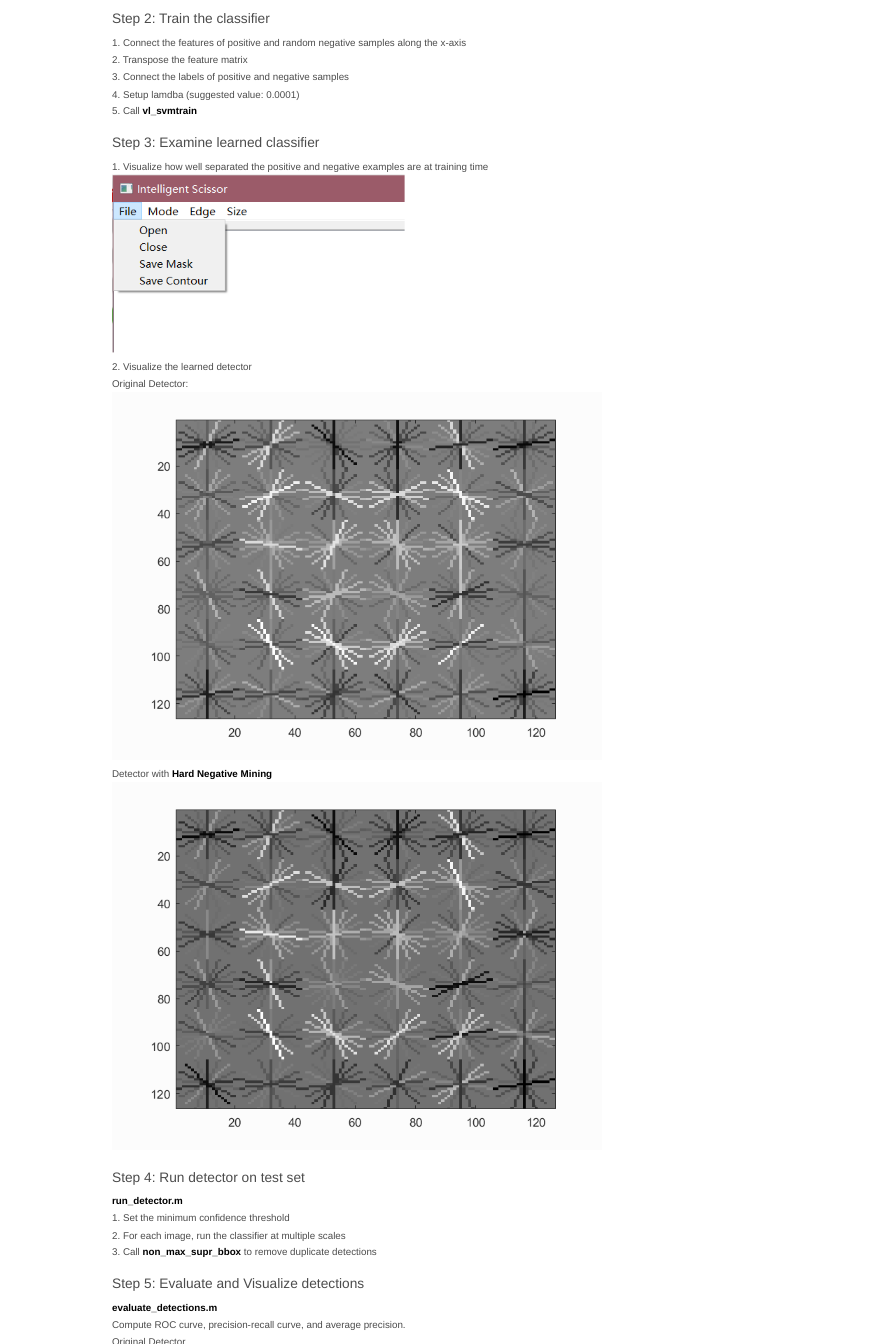
Repository: enderloong/face_detector_msbd6000C
Page: html_report/project2.html
The author's editor kept a record of every edit. The page is drawn from the files as they stood at one moment, then again after the next edit.
The browser window is 1280 px wide. The pictures show the part of the page from y = 4288 to 6208 px (the page is 9017 px tall before and 9288 px after), at 70% of full size.
Some web libraries are served in a nearby version.

Above is the page before.

### html_report/project2.html
<!DOCTYPE HTML>
<!--
	Iridium by TEMPLATED
    templated.co @templatedco
    Released for free under the Creative Commons Attribution 3.0 license (templated.co/license)
-->
<html>
	<head>
		<title>msbd6000c-face-detection</title>
		<meta http-equiv="content-type" content="text/html; charset=utf-8" />
		<meta name="description" content="" />
		<meta name="keywords" content="" />
		<link href='http://fonts.googleapis.com/css?family=Arimo:400,700' rel='stylesheet' type='text/css'>
		<!--[if lte IE 8]><script src="js/html5shiv.js"></script><![endif]-->
		<script src="http://ajax.googleapis.com/ajax/libs/jquery/1.11.0/jquery.min.js"></script>
		<script src="js/skel.min.js"></script>
		<script src="js/skel-panels.min.js"></script>
		<script src="js/init.js"></script>
		<noscript>
			<link rel="stylesheet" href="css/skel-noscript.css" />
			<link rel="stylesheet" href="css/style.css" />
			<link rel="stylesheet" href="css/style-desktop.css" />
		</noscript>
		<!--[if lte IE 8]><link rel="stylesheet" href="css/ie/v8.css" /><![endif]-->
		<!--[if lte IE 9]><link rel="stylesheet" href="css/ie/v9.css" /><![endif]-->
	</head>
	<body class="homepage">

		<!-- Header -->
		<div id="header">
			<div class="container">

				<!-- Logo -->
				<div id="logo">
					<h1><a href="#">Face Detection</a></h1>
					<span></span>
					<span>MSBD6000C Computer Vision - Project 2</span>
					<span>LI Yilong & CHEN Yuji</span>
				</div>
			</div>
		</div>

		<!-- Main -->
		<div id="main">
			<div class="container">
				<div class="row">

					<!-- Content -->
					<div id="content" class="8u skel-cell-important">
						<section>
							<header>
								<h2>Project Description</h2>
								<!--<span class="byline">Integer sit amet pede vel arcu aliquet pretium</span>-->
							</header>
							<!--<a href="#" class="image full"><img src="images/pic07.jpg" alt="" /></a>-->
							<p>This is the second project of <strong>MSBD6000C Computer Vision</strong>, you may find the introduction of it from <a href="https://home.cse.ust.hk/~cktang/msbd6000c/Password_Only/projects/faces/index.html">here</a>.</p>
							<p>In this project, we created a model that can detect human faces.</p>
							<p>Comparing with the success of face detection (and object detection in general) can be traced back to influential works such as <strong>Rowley et al. 1998</strong> and <strong>Viola-Jones 2001</strong>, we developed a simpler (but still very effective!) sliding window detector of <strong>Dalal and Triggs 2005</strong>. Dalal-Triggs focuses on representation more than learning and introduces the SIFT-like Histogram of Gradients (HoG) representation (pictured to the right). We were responsible for the detection pipeline except HoG, though -- handling heterogeneous training and testing data, training a linear classifier (a HoG template), and using our classifier to classify millions of sliding windows at multiple scales. </p>
						</section>

						<section>
							<header>
								<h2>Sample Results</h2>
							</header>
							<p>Results of original detector:</p>
								<ul>
									  <li><img src="images/proj2/ori/detections_Argentina.jpg.png" alt="" /></li>
									  <li><img src="images/proj2/ori/detections_madaboutyou.jpg.png" alt="" /></li>
								</ul>

							<p>Results of detector with <strong>Hard Negative Mining</strong>:</p>
								<ul>
									  <li><img src="images/proj2/bonus/detections_237815567.jpg.png" alt="" /></li>
									  <li><img src="images/proj2/bonus/detections_213654866.jpg.png" alt="" /></li>
								</ul>
						</section>

						<section>
							<header>
								<h2>Develop Environment</h2>
							</header>
							<p>Programming Language: MATLAB</p>
							<p>Library: VLFeat binary package</p>
							<p>OS: Windows</p>
						</section>

						<section>
							<header>
								<h2>Algorithm</h2>
								<span class="byline"><p></p>Step 1: Load cropped positive trained examples and random negative examples</span>
									<strong>get_positive_features.m</strong>
									<ul>
									  <li>1. Extract image file names</li>
									  <li>2. Load images</li>
									  <li>3. Transform images from RGB to grayscale</li>
									  <li>4. Normalization</li>
									  <li>5. Compute HOG descriptors</li>
									  <li>6. Save the HOG features</li>
									</ul>
									<strong>get_random_negative_features.m</strong>
									<ul>
									  <li>1. Compute the candidates of possible values of x_min,y_min</li>
									  <li>2. Implement the generating candidates of negative samples</li>
									  <li>3. Extract and save HOG features</li>
									</ul>

								<span class="byline"><p></p>Step 2: Train the classifier</span>
									<ul>
									  <li>1. Connect the features of positive and random negative samples along the x-axis</li>
									  <li>2. Transpose the feature matrix</li>
									  <li>3. Connect the labels of positive and negative samples</li>
									  <li>4. Setup lamdba (suggested value: 0.0001)</li>
									  <li>5. Call <strong>vl_svmtrain</strong></li>
									</ul>

								<span class="byline"><p></p>Step 3: Examine learned classifier</span>
									<ul>
									  <li>1. Visualize how well separated the positive and negative examples are at training time</li>
									  <img src="images/menu-file.png" alt="" />
									  <li>2. Visualize the learned detector</li>
									  <li>Original Detector:</li>
									  <img src="images/proj2/ori/hog_template.png" alt="" />
									  <li>Detector with <strong>Hard Negative Mining</strong></li>
									  <img src="images/proj2/bonus/hog_template.png" alt="" />
									</ul>

								<span class="byline"><p></p>Step 4: Run detector on test set</span>
									<strong>run_detector.m</strong>
									<ul>
									  <li>1. Set the minimum confidence threshold</li>
									  <li>2. For each image, run the classifier at multiple scales</li>
									  <li>3. Call <strong>non_max_supr_bbox</strong> to remove duplicate detections</li>
									</ul>

								<span class="byline"><p></p>Step 5: Evaluate and Visualize detections</span>
									<strong>evaluate_detections.m</strong>
									<ul>
									  <li>Compute ROC curve, precision-recall curve, and average precision.</li>
									  <li>Original Detector</li>
									  <li><img src="images/proj2/ori/match_fig_6.png" alt="" /></li>
									  <li><img src="images/proj2/ori/average_precision.png" alt="" /></li>
									  <li></li>
									  <li>Detector with <strong>Hard Negative Mining</strong></li>
									  <li><img src="images/proj2/bonus/average_precision.png" alt="" /></li>
									</ul>

									<strong>visualize_detections_by_image.m</strong>
									<ul>
									  <li>Visualize detections in each image.</li>
									  <li><img src="images/proj2/ori/detections_Argentina.jpg.png" alt="" /></li>
									</ul>
							</header>
						</section>

						<section>
							<header>
								<h2>Training Performance</h2>
							</header>
							<img src="images/menu-file.png" alt="" />
						</section>
					</div>

					<!-- Sidebar -->
					<div id="sidebar" class="4u">
						<section>
							<header>
								<h2>Our Feelings</h2>
							</header>
							<ul class="style">
								<li>
									<p class="posted">LI Yilong</p>
									<img src="images/liyilong.jpg" height=64 alt="" />
									<p class="text">MATLAB is amazing.</p>
								</li>
								<li>
									<p class="posted">CHEN Yuji</p>
									<img src="images/chenyuji.png" height=64 alt="" />
									<p class="text">If the classifier detects a face while I don't, I will feel nervous.</p>
								</li>
							</ul>
							<p><a href="https://github.com/enderloong/face_detector_msbd6000C/" class="button">GitHub Address</a></p>
						</section>
					</div>
				</div>
			</div>
		</div>

		<!-- Footer -->
		<!--<div id="featured">-->
		<!--	<div class="container">-->
		<!--		<div class="row">-->
		<!--			<div class="4u">-->
		<!--				<h2>Other UI Functions</h2>-->
		<!--				<a href="#" class="image full"><img src="images/pic02.jpg" alt="" /></a>-->
		<!--				<p><strong>Ctrl+"+"</strong>, zoom in</p>-->
		<!--				<p><strong>Ctrl+"-"</strong>, zoom out</p>-->
		<!--				<p><strong>Backspace</strong>, when scissoring, delete the last seed; otherwise, delete selected contour</p>-->
		<!--			</div>-->
		<!--			<div class="4u">-->
		<!--				<h2>Whistles and Bells</h2>-->
		<!--				<a href="#" class="image full"><img src="images/blur-5x5.png" alt="" /></a>-->
		<!--				<p><img src="images/blur5-debug-costGraph.png" alt="" /></p>-->
		<!--				<p>We allow blurring the image by different amounts before computing link costs.  It can be observed that the costs are calculated more evenly and the range of min cost path increased after blurring. </p>-->
		<!--			</div>-->
		<!--		</div>-->
		<!--	</div>-->
		<!--</div>-->


		<!-- Copyright -->
		<div id="copyright">
			<div class="container">
				<p>Design: <a href="http://templated.co">TEMPLATED</a> Images: <a href="http://unsplash.com">Unsplash</a> (<a href="http://unsplash.com/cc0">CC0</a>)</p>
				<p>Edited by CHEN Yuji</p>
			</div>
		</div>

	</body>
</html>

### html_report/js/init.js
/*
	Iridium by TEMPLATED
    templated.co @templatedco
    Released for free under the Creative Commons Attribution 3.0 license (templated.co/license)
*/

skel.init({
	prefix: 'css/style',
	resetCSS: true,
	boxModel: 'border',
	grid: {
		gutters: 50
	},
	breakpoints: {
		'mobile': {
			range: '-480',
			lockViewport: true,
			containers: 'fluid',
			grid: {
				collapse: true,
				gutters: 10
			}
		},
		'desktop': {
			range: '481-',
			containers: 1200
		},
		'1000px': {
			range: '481-1200',
			containers: 960
		}
	}
}, {
	panels: {
		panels: {
			navPanel: {
				breakpoints: 'mobile',
				position: 'left',
				style: 'reveal',
				size: '80%',
				html: '<div data-action="navList" data-args="nav"></div>'
			}
		},
		overlays: {
			titleBar: {
				breakpoints: 'mobile',
				position: 'top-left',
				height: 44,
				width: '100%',
				html: '<span class="toggle" data-action="togglePanel" data-args="navPanel"></span>' +
 '<span class="title" data-action="copyHTML" data-args="logo"></span>'
			}
		}
	}


});

### html_report/css/style.css
/*
	Iridium by TEMPLATED
    templated.co @templatedco
    Released for free under the Creative Commons Attribution 3.0 license (templated.co/license)
*/

/*********************************************************************************/
/* Basic                                                                         */
/*********************************************************************************/

	body
	{
		background: #141414;
	}

	body,input,textarea,select
	{
		font-family: 'Arimo', sans-serif;
		font-size: 11pt;
		line-height: 1.75em;
		color: #4c4c4c;
	}

	h1,h2,h3,h4,h5,h6
	{
		text-transform: uppercase;
		font-weight: bold;
	}

		h1 a, h2 a, h3 a, h4 a, h5 a, h6 a
		{
			color: inherit;
			text-decoration: none;
		}

	/* Change this to whatever font weight/color pairing is most suitable */
	strong, b
	{
		font-weight: bold;
		color: #000000;
	}

	em, i
	{
		font-style: italic;
	}

	/* Don't forget to set this to something that matches the design */
	a
	{
		text-decoration: underline;
		color: #272727;
	}

	a:hover
	{
		text-decoration: none;
	}

	sub
	{
		position: relative;
		top: 0.5em;
		font-size: 0.8em;
	}

	sup
	{
		position: relative;
		top: -0.5em;
		font-size: 0.8em;
	}

	hr
	{
		border: 0;
		border-top: solid 1px #ddd;
	}

	blockquote
	{
		border-left: solid 0.5em #ddd;
		padding: 1em 0 1em 2em;
		font-style: italic;
	}

	p, ul, ol, dl, table
	{
		margin-bottom: 1em;
	}

	header
	{
		margin-bottom: 1em;
	}

		header h2
		{
		}

		header .byline
		{
			display: block;
			margin: 0.5em 0 0 0;
			padding: 0 0 0.5em 0;
		}

	footer
	{
		margin-top: 1em;
	}

	br.clear
	{
		clear: both;
	}

	/* Sections/Articles */

		section,
		article
		{
			margin-bottom: 3em;
		}

		section > :last-child,
		article > :last-child
		{
			margin-bottom: 0;
		}

		section:last-child,
		article:last-child
		{
			margin-bottom: 0;
		}

		.row > section,
		.row > article
		{
			margin-bottom: 0;
		}

	/* Images */

		.image
		{
			display: inline-block;
		}

			.image img
			{
				display: block;
				width: 100%;
			}

			.image.featured
			{
				display: block;
				width: 100%;
				margin: 0 0 2em 0;
			}

			.image.full
			{
				display: block;
				width: 100%;
				margin: 0 0 2em 0;
			}

			.image.left
			{
				float: left;
				margin: 0 2em 2em 0;
			}

			.image.centered
			{
				display: block;
				margin: 0 0 2em 0;
			}

				.image.centered img
				{
					margin: 0 auto;
					width: auto;
				}

	/* Lists */

		ul.default
		{
			margin: 0;
			padding: 0;
			list-style: none;
		}

			ul.default li
			{
				padding: 0.60em 0em;
				border-top: 1px solid;
				border-color: rgba(255,255,255,.1);
			}

			ul.default li:first-child
			{
				padding-top: 0;
				border-top: none;
			}

			ul.default a
			{
				text-decoration: none;
				color: rgba(255,255,255,.5);
			}

			ul.default a:hover
			{
				text-decoration: underline;
			}

		ul.style {
		}

		ul.style li {
			margin: 0;
			padding: 2em 0em 1.5em 0em;
			border-top: 1px solid #ECECEC;
		}

		ul.style li:first-child
		{
			padding-top: 0;
			border-top: none;
		}

		ul.style img {
			float: left;
			margin-right: 20px;
		}

		ul.style p {
		}

		ul.style .posted {
			padding: 0em 0em 1em 0em;
			letter-spacing: 1px;
			text-transform: uppercase;
			font-size: 8pt;
			color: #A2A2A2;
		}

		ul.style .first {
			padding-top: 0px;
			border-top: none;
		}


	/* Buttons */

		.button
		{
			position: relative;
			display: inline-block;
			margin-top: 2em;
			padding: 0.90em 1.5em;
			background: #e95d3c;
			border-radius: 40px;
			text-decoration: none;
			text-transform: uppercase;
			font-size: 1.1em;
			color: #FFF;
			-moz-transition: color 0.35s ease-in-out, background-color 0.35s ease-in-out;
			-webkit-transition: color 0.35s ease-in-out, background-color 0.35s ease-in-out;
			-o-transition: color 0.35s ease-in-out, background-color 0.35s ease-in-out;
			-ms-transition: color 0.35s ease-in-out, background-color 0.35s ease-in-out;
			transition: color 0.35s ease-in-out, background-color 0.35s ease-in-out;
			cursor: pointer;
		}

			.button:hover
			{
				background: #de3d27;
				color: #FFF !important;
			}

/*********************************************************************************/
/* Header                                                                        */
/*********************************************************************************/

	#header
	{
		position: relative;
		background: #2a2f27 url(../images/banner.jpg) no-repeat;
		background-size: cover;
	}

	#logo
	{
	}

	#nav
	{
	}

		#nav ul
		{
			margin: 0;
		}

/*********************************************************************************/
/* Banner                                                                        */
/*********************************************************************************/

	#banner
	{
		position: relative;
		background: #333;
		color: #fff;
	}

/*********************************************************************************/
/* Main                                                                          */
/*********************************************************************************/

	#main
	{
		position: relative;
		background: #fff;
	}

/*********************************************************************************/
/* Featured                                                                      */
/*********************************************************************************/

	#featured
	{
		position: relative;
		background: #f2f2f2;
	}

	#featured h2
	{
		display: block;
		margin-bottom: 2em;
		font-size: 1.4em;
	}

/*********************************************************************************/
/* Footer                                                                        */
/*********************************************************************************/

	#footer
	{
		position: relative;
		background: #1d1d1d;
	}

	#footer h2
	{
		display: block;
		color: #FFF;
	}

/*********************************************************************************/
/* Copyright                                                                     */
/*********************************************************************************/

	#copyright
	{
		position: relative;
		padding: 3em 0em;
		letter-spacing: 1px;
		text-align: center;
		color: rgba(255,255,255,.2);
	}

	#copyright .container
	{
	}

	#copyright a
	{
		text-decoration: none;
		color: rgba(255,255,255,.3);
	}

### html_report/css/style-desktop.css
/*
	Iridium by TEMPLATED
    templated.co @templatedco
    Released for free under the Creative Commons Attribution 3.0 license (templated.co/license)
*/

/*********************************************************************************/
/* Basic                                                                         */
/*********************************************************************************/

	body
	{
	}

	body,input,textarea,select
	{
		font-size: 11pt;
	}

/*********************************************************************************/
/* Header                                                                        */
/*********************************************************************************/

	#header
	{
		position: relative;
		padding: 5em 0em;
		text-align: center;
	}

		.homepage #header
		{
			padding: 15em 0em;
		}

		#header .container
		{
		}

/*********************************************************************************/
/* Logo                                                                          */
/*********************************************************************************/

	#logo
	{
		margin-bottom: 3em;
	}

		#logo h1
		{
			color: #FFF;
		}

		#logo h1 a
		{
			display: block;
			letter-spacing: 1px;
			text-decoration: none;
			text-transform: uppercase;
			font-size: 5em;
			font-weight: 900;
			color: #FFF;
		}

		#logo span
		{
			display: block;
			padding-top: 1em;
			letter-spacing: 1px;
			text-transform: uppercase;
			font-size: 1.2em;
			color: rgba(255,255,255,.5);
		}


/*********************************************************************************/
/* Nav                                                                           */
/*********************************************************************************/

	#nav
	{
	}

		#nav > ul > li
		{
			display: inline-block;
		}

			#nav > ul > li:last-child
			{
				padding-right: 0;
			}

			#nav > ul > li > a,
			#nav > ul > li > span
			{
				display: block;
				padding: 1em 1.5em;
				letter-spacing: 1px;
				text-decoration: none;
				text-transform: uppercase;
				font-weight: 200;
				font-size: 1em;
				outline: 0;
				color: rgba(255,255,255,.7);
			}


			#nav > ul > li > a:hover
			{
				color: #FFF;
			}

			#nav li.active a
			{
				background: none;
				border-radius: 40px;
				border: 2px solid;
				border-color: rgba(255,255,255,.8);
				color: #FFF;
			}

			#nav > ul > li > ul
			{
				display: none;
			}


/*********************************************************************************/
/* Main                                                                          */
/*********************************************************************************/

	#main
	{
		padding: 6em 0em 4em 0em;
	}

	#content
	{
	}

	#content header
	{
		margin-bottom: 2em;
	}

	#content header h2
	{
		font-size: 3em;
	}

	#content header .byline
	{
		font-size: 1.40em;
	}

	#sidebar h2
	{
		display: block;
		padding-bottom: 2em;
		font-size: 1.4em;
	}

/*********************************************************************************/
/* Featured                                                                      */
/*********************************************************************************/

	#featured
	{
		padding: 6em 0em;
	}

/*********************************************************************************/
/* Footer                                                                        */
/*********************************************************************************/

	#footer
	{
		position: relative;
		padding: 6em 0em;
	}

	#footer h2
	{
		padding-bottom: 2em;
		font-size: 1.4em;
	}

/*********************************************************************************/
/* Copyright                                                                     */
/*********************************************************************************/

	#copyright
	{
		padding: 3em 0em;
	}

Loaded but not shown: html_report/js/skel.min.js (library); html_report/js/skel-panels.min.js (library); html_report/css/style-1000px.css (common file)

After the next edit:
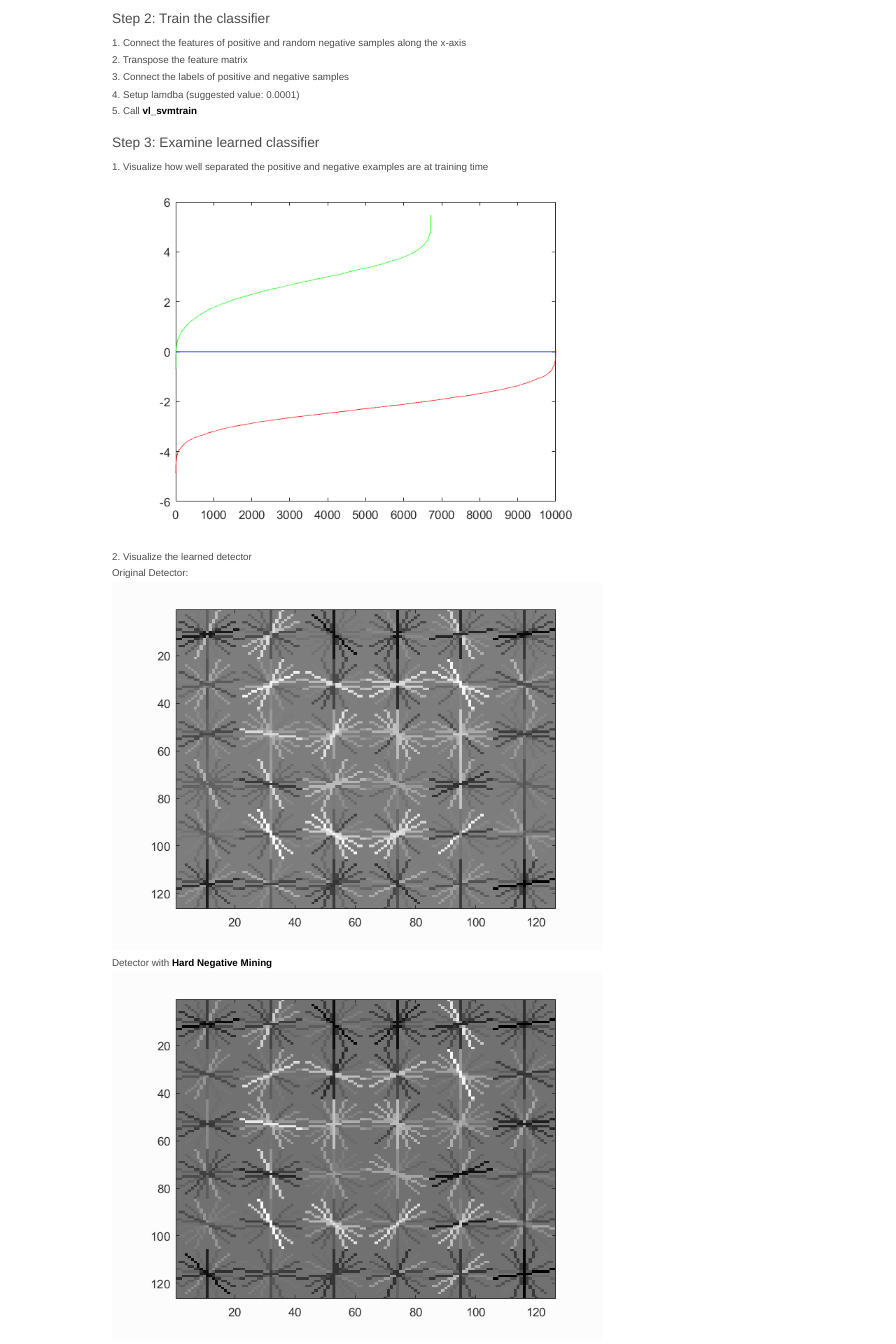
The edit:
--- a/html_report/project2.html
+++ b/html_report/project2.html
@@ -116,7 +116,7 @@
 								<span class="byline"><p></p>Step 3: Examine learned classifier</span>
 									<ul>
 									  <li>1. Visualize how well separated the positive and negative examples are at training time</li>
-									  <img src="images/menu-file.png" alt="" />
+									  <img src="images/proj2/ori/seperated.png" alt="" />
 									  <li>2. Visualize the learned detector</li>
 									  <li>Original Detector:</li>
 									  <img src="images/proj2/ori/hog_template.png" alt="" />
